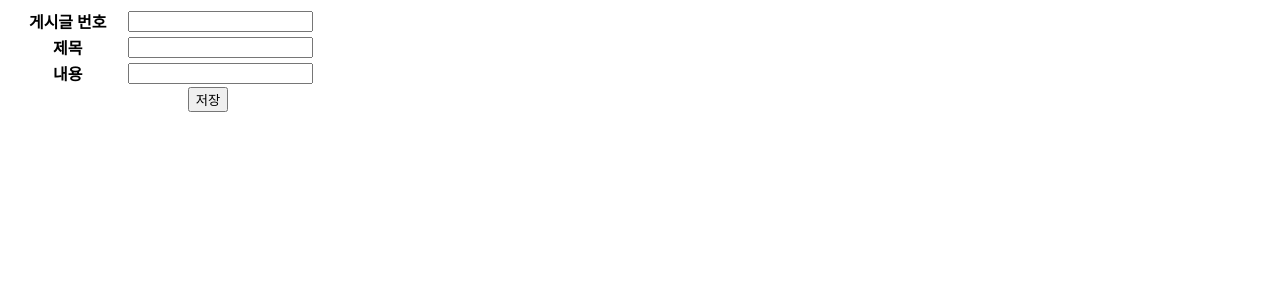
Repository: dnjfvnf123/eGovframework
Page: http://localhost/myproject1/boardWrite.jsp
An editor plug-in stored every save of this project. The page is shown before and after the next save, followed by the edit.
The browser window is 1280 px wide. The pictures show the whole page.
The page is served by Tomcat 9. Nobody is signed in. The application's start-up code is not run.

Above is the page before, as saved 2024-02-05 06:05:20.

After the next save:
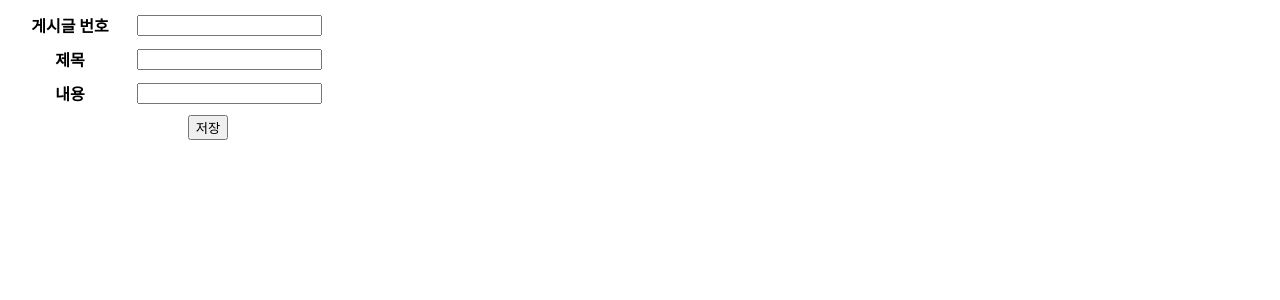
Saved 35 s later.
--- a/myproject1/src/main/webapp/boardWrite.jsp
+++ b/myproject1/src/main/webapp/boardWrite.jsp
@@ -9,9 +9,12 @@
 <style>
 table {
 	width:400px;
- 	border-collapse:collapse; /* cell 사이 간격을 없앰*/
+ 	border-collapse:collapse; /* cell 사이 간격을 없앰 */
 }
-
+th, td{
+	boarder:1px solid #cccccc;
+	padding:5px;
+}
 
 
 </style>
